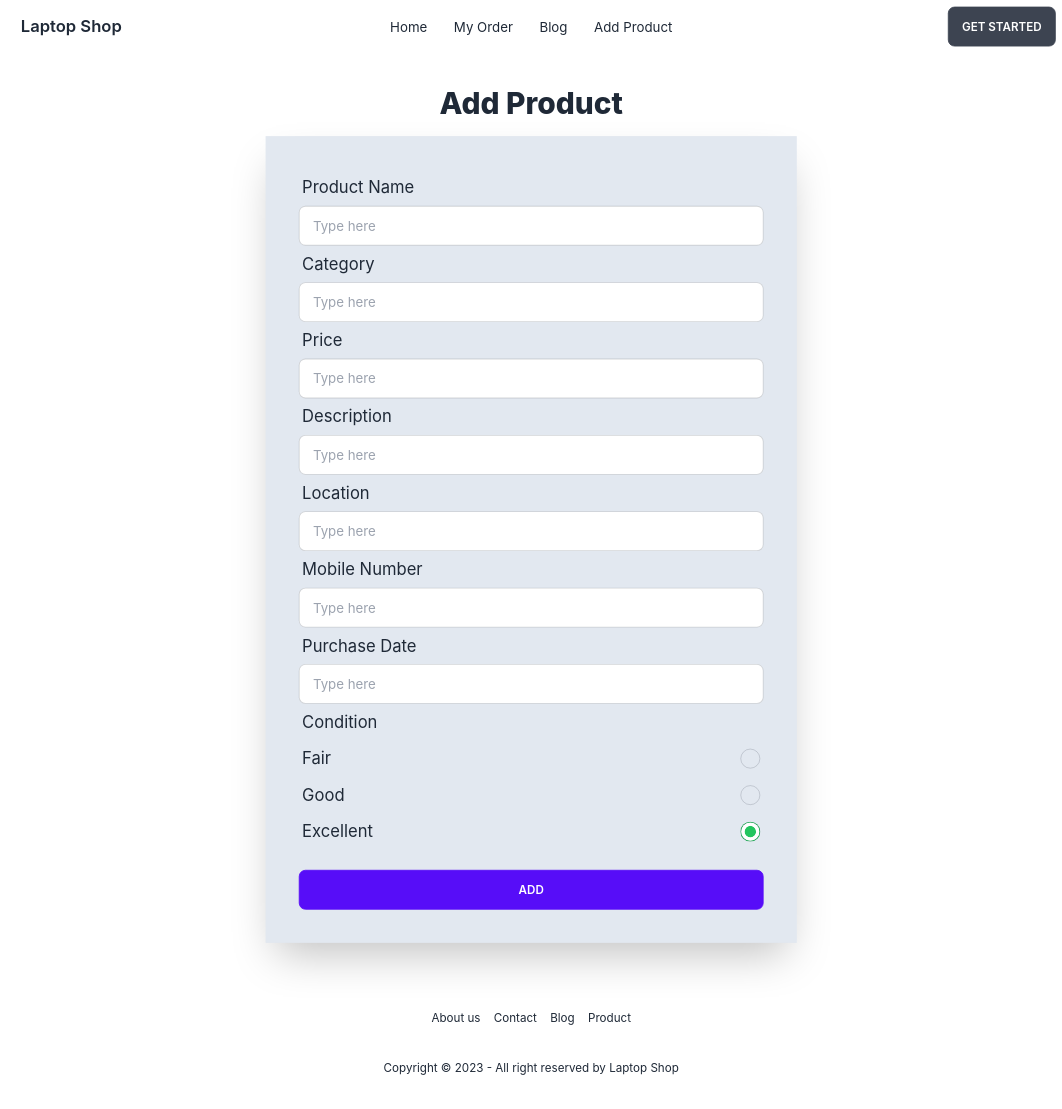
Repository: mdsajib50/E-commerce
Page: /add-product
An editor plug-in stored every save of this project. The page is shown before and after a run of saves, followed by the edit.
The browser window is 1280 px wide. The pictures show the whole page, at 83% of full size.
The project was rebuilt for these pictures with package versions that can differ from the ones it lists, and the page was loaded fresh each time. Also part of the build but not shown: src/Pages/Home/Banner/Banner.js, src/Pages/Home/Product/ProductCard.js, src/Pages/Home/Product/Product.js, src/Pages/Home/Home/Home.js.

Above is the page before, as saved 2023-01-11 23:27:10.

### src/App.js
import logo from './logo.svg';
import './App.css';
import { RouterProvider } from 'react-router';
import router from './Routes/Router';

function App() {
  return (
    <div className="App">
        <RouterProvider router={router}></RouterProvider>
    </div>
  );
}

export default App;

### src/Routes/Router.js
import React from 'react';
import { createBrowserRouter } from 'react-router-dom';
import Main from '../Layout/Main/Main';
import AddProduct from '../Pages/AddProduct/AddProduct';
import Home from '../Pages/Home/Home/Home';

const router = createBrowserRouter([
    {
        path: '/',
        element: <Main></Main>,
        children:[
            {
                path:'/',
                element:<Home></Home>
            },
            {
                path:'/home',
                element:<Home></Home>
            },
            {
                path: '/add-product',
                element: <AddProduct></AddProduct>
            }
        ]
    }
])

export default router;

### src/Layout/Main/Main.js
import React from 'react';
import { Outlet } from 'react-router';
import Footer from '../../Pages/Shared/Footer/Footer';
import Header from '../../Pages/Shared/Header/Header';

const Main = () => {
    return (
        <div>
            <Header></Header>
            <Outlet></Outlet>
            <Footer></Footer>
        </div>
    );
};

export default Main;

### src/Pages/AddProduct/AddProduct.js
import React from 'react';

const AddProduct = () => {
    return (
        <div className='my-10'>
            <h1 className='text-center font-extrabold text-4xl'>Add Product</h1>
           <div className=' text-center w-1/2 mx-auto shadow-2xl bg-slate-200 p-10 mt-5'>
                <form>
                    <div className="form-control">
                        <label className="label">
                            <span className="label-text text-xl">Product Name</span>
                        </label>
                        <input type="text" name='product_name' placeholder="Type here" className="input input-bordered" />
                    </div>
                    <div className="form-control">
                        <label className="label">
                            <span className="label-text text-xl">Category</span>
                        </label>
                        <input type="text" name='category' placeholder="Type here" className="input input-bordered" />
                    </div>
                    <div className="form-control">
                        <label className="label">
                            <span className="label-text text-xl">Price</span>
                        </label>
                        <input type="text" name='price' placeholder="Type here" className="input input-bordered" />
                    </div>
                    <div className="form-control">
                        <label className="label">
                            <span className="label-text text-xl">Description</span>
                        </label>
                        <input type="text" name='description' placeholder="Type here" className="input input-bordered" />
                    </div>
                    <div className="form-control">
                        <label className="label">
                            <span className="label-text text-xl">Location</span>
                        </label>
                        <input type="text" name='location' placeholder="Type here" className="input input-bordered" />
                    </div>
                    <div className="form-control">
                        <label className="label">
                            <span className="label-text text-xl">Mobile Number</span>
                        </label>
                        <input type="text" name='mobile' placeholder="Type here" className="input input-bordered" />
                    </div>
                    <div className="form-control">
                        <label className="label">
                            <span className="label-text text-xl">Purchase Date </span>
                        </label>
                        <input type="text" name='date' placeholder="Type here" className="input input-bordered" />
                    </div>
                    <div className="form-control rounded-xl">
                    <label className="label">
                            <span className="label-text text-xl">Condition </span>
                        </label>
                        <div className="form-control">
                            <label className="label cursor-pointer">
                                <span className="label-text text-xl">Fair</span>
                                <input type="radio" value='fair' name="condition" className="radio checked:bg-red-500" checked />
                            </label>
                            </div>
                            <div className="form-control">
                            <label className="label cursor-pointer">
                                <span className="label-text text-xl">Good</span>
                                <input type="radio" value='good' name="condition" className="radio checked:bg-blue-500" checked />
                            </label>
                        </div>
                            <div className="form-control">
                            <label className="label cursor-pointer">
                                <span className="label-text text-xl">Excellent</span>
                                <input type="radio" value='excellent' name="condition" className="radio checked:bg-green-500" checked />
                            </label>
                        </div>
                        <div className="form-control mt-6">
                            <button className="btn btn-primary">Add</button>
                        </div>
                    </div>
                    </form>
           </div>
        </div>
    );
};

export default AddProduct;

### src/Pages/Shared/Footer/Footer.js
import React from 'react';

const Footer = () => {
    return (
        <footer className="footer footer-center p-10 text-base-content rounded mt-10">
            <div className="grid grid-flow-col gap-4">
                <a className="link link-hover">About us</a>
                <a className="link link-hover">Contact</a>
                <a className="link link-hover">Blog</a>
                <a className="link link-hover">Product</a>
            </div>
            <div>
                <p>Copyright © 2023 - All right reserved by Laptop Shop</p>
            </div>
</footer>
    );
};

export default Footer;

### src/Pages/Shared/Header/Header.js
import React from 'react';
import { Link } from 'react-router-dom';

const Header = () => {
    return (
        <div className="navbar bg-base-100">
        <div className="navbar-start">
            <div className="dropdown">
            <label tabIndex={0} className="btn btn-ghost lg:hidden">
                <svg xmlns="http://www.w3.org/2000/svg" className="h-5 w-5" fill="none" viewBox="0 0 24 24" stroke="currentColor"><path strokeLinecap="round" strokeLinejoin="round" strokeWidth="2" d="M4 6h16M4 12h8m-8 6h16" /></svg>
            </label>
            <ul tabIndex={0} className="menu menu-compact dropdown-content mt-3 p-2 shadow bg-base-100 rounded-box w-52">
                <li><Link to='/home'>Home</Link></li>
                <li><Link to='/myorder'>My Order</Link></li>
                <li><Link to='/blog'>Blog</Link></li>
                <li><Link to='/add-product'>Add A Product</Link></li>
            </ul>
            </div>
            <a className="btn btn-ghost normal-case text-xl">Laptop Shop</a>
        </div>
        <div className="navbar-center hidden lg:flex">
            <ul className="menu menu-horizontal px-1">
                <li><Link to='/home'>Home</Link></li>
                <li><Link to='/myorder'>My Order</Link></li>
                <li><Link to='/blog'>Blog</Link></li>
                <li><Link to='/add-product'>Add Product</Link></li>
            </ul>
        </div>
        <div className="navbar-end">
            <a className="btn">Get started</a>
        </div>
</div>
    );
};

export default Header;

Loaded but not shown: src/index.js (common file); src/index.css (common file); src/reportWebVitals.js (common file); src/App.css (common file); tailwind.config.js (common file)

After the next 2 saves:
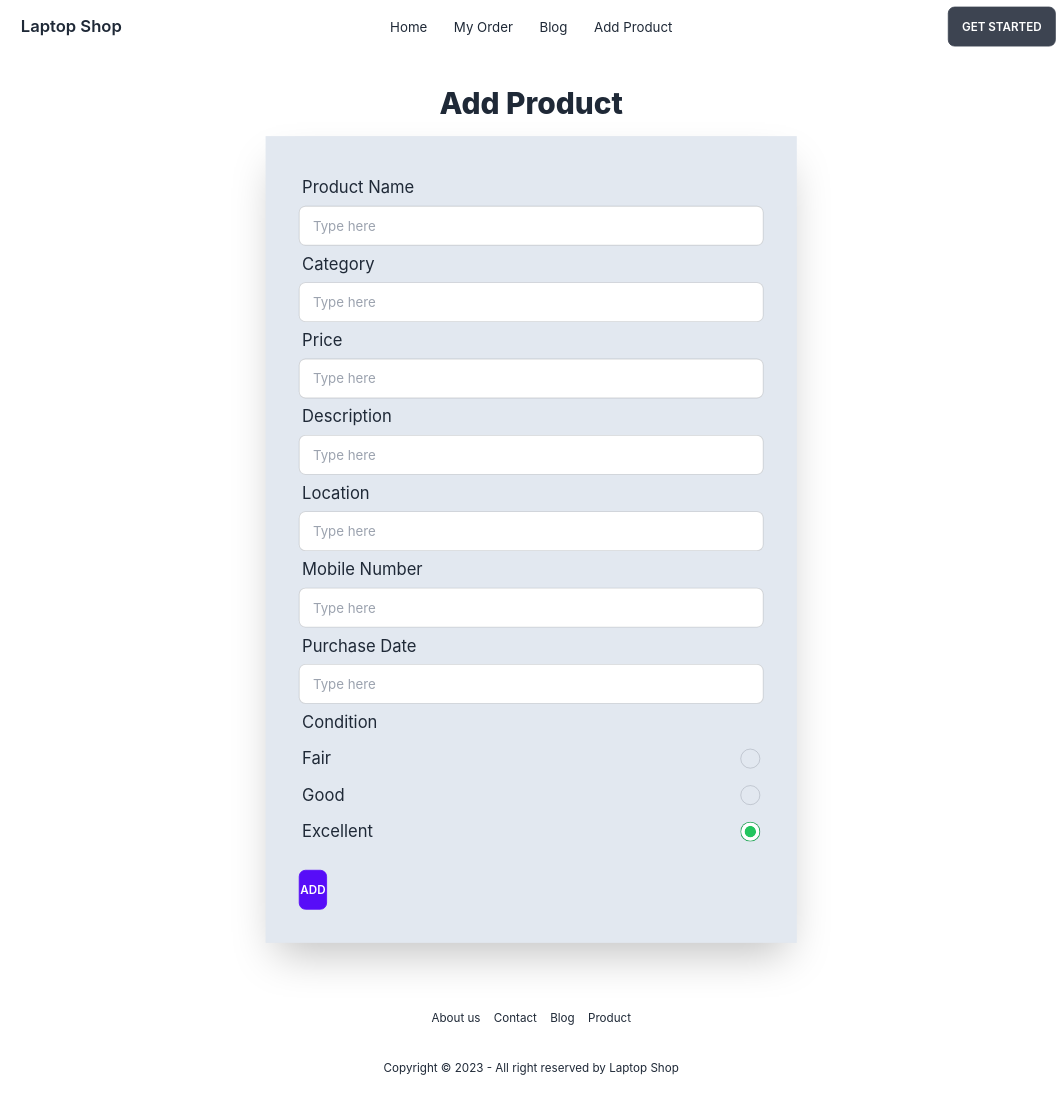
The 2 saves are shown as one change because they came seconds apart.
The last was saved 31 s later.
--- a/src/Pages/AddProduct/AddProduct.js
+++ b/src/Pages/AddProduct/AddProduct.js
@@ -70,7 +70,7 @@ const AddProduct = () => {
                                 <input type="radio" value='excellent' name="condition" className="radio checked:bg-green-500" checked />
                             </label>
                         </div>
-                        <div className="form-control mt-6">
+                        <div className="form-control mt-6 w-1">
                             <button className="btn btn-primary">Add</button>
                         </div>
                     </div>
